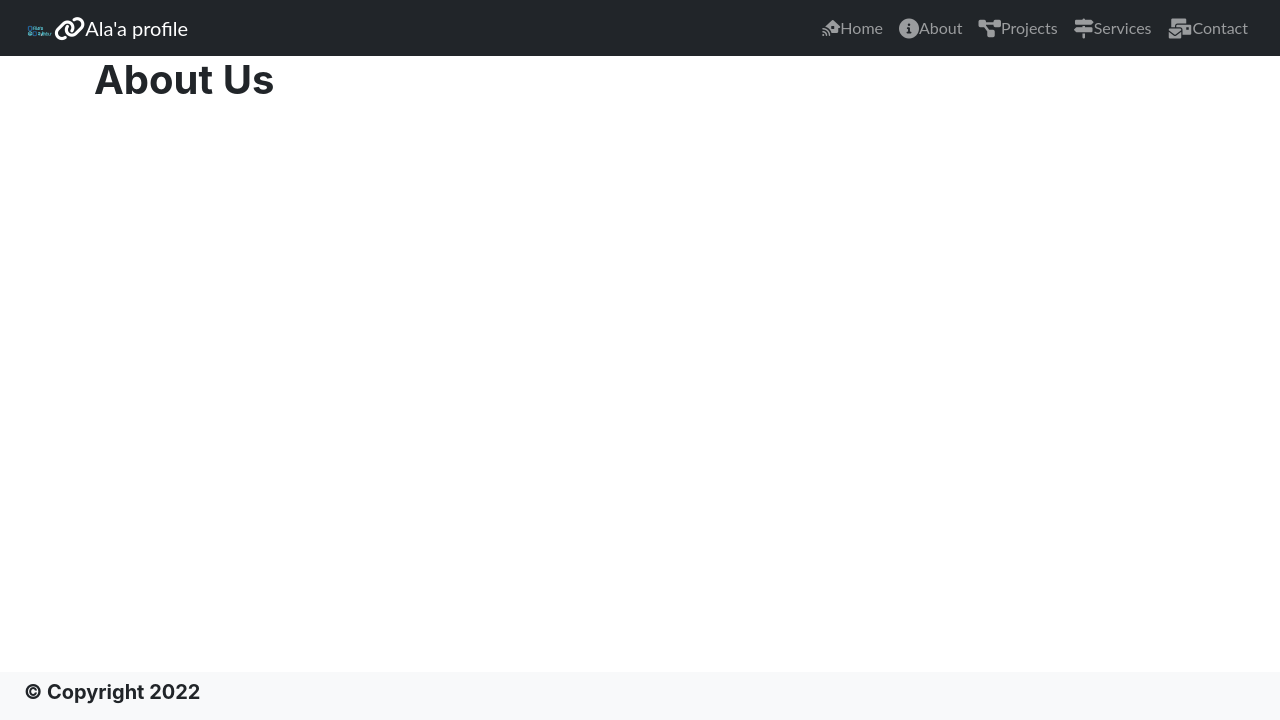
Repository: alaakhdour/heroukulivesite-section1
Page: http://localhost/about
The author's editor kept a copy of each file at every save. The page is drawn from the files as they stood at one save, then again after the next save.
The browser window is 1280 px wide. The pictures show the whole page.
The page is served by the project's Node server (server.js).

Above is the page before, as saved 2022-06-17 08:34:13.

After the next save:
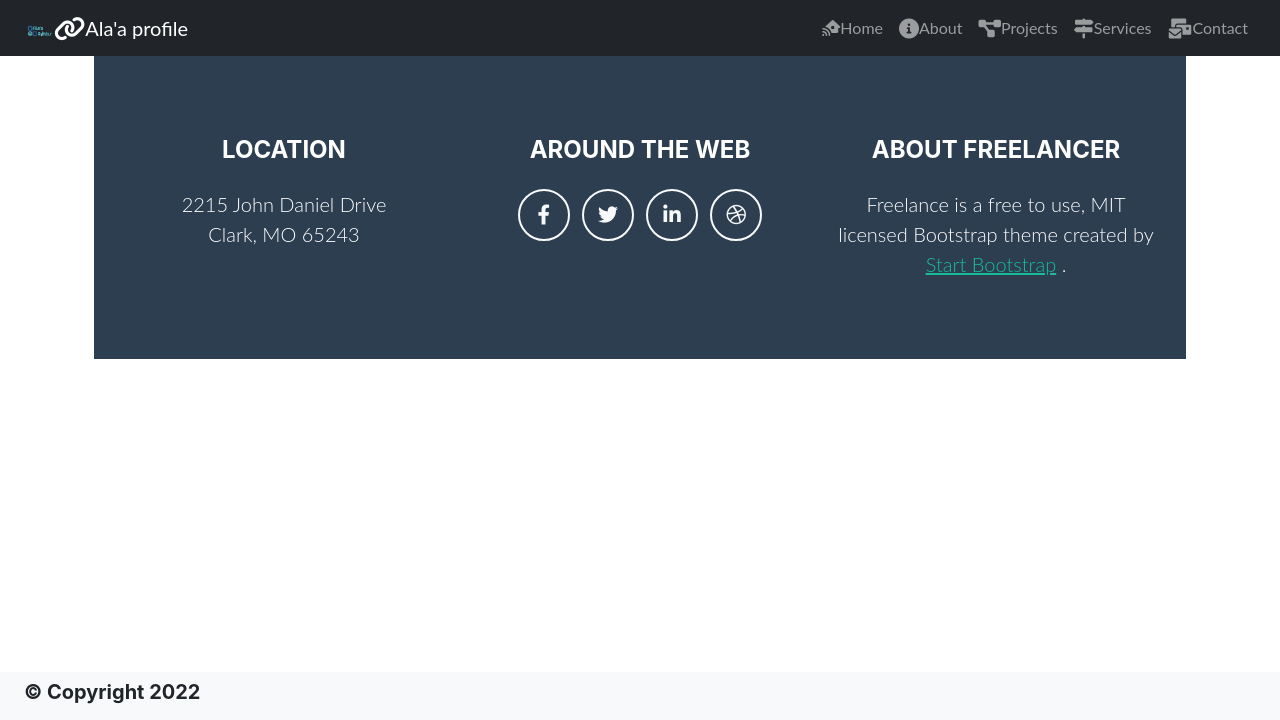
Saved 3 min 46 s later.
--- a/Server/Views/content/about.ejs
+++ b/Server/Views/content/about.ejs
@@ -1,3 +1,35 @@
 <div class="container">
-    <h1><%= title%></h1>
+    <!-- Footer-->
+    <footer class="footer text-center">
+        <div class="container">
+            <div class="row">
+                <!-- Footer Location-->
+                <div class="col-lg-4 mb-5 mb-lg-0">
+                    <h4 class="text-uppercase mb-4">Location</h4>
+                    <p class="lead mb-0">
+                        2215 John Daniel Drive
+                        <br />
+                        Clark, MO 65243
+                    </p>
+                </div>
+                <!-- Footer Social Icons-->
+                <div class="col-lg-4 mb-5 mb-lg-0">
+                    <h4 class="text-uppercase mb-4">Around the Web</h4>
+                    <a class="btn btn-outline-light btn-social mx-1" href="#!"><i class="fab fa-fw fa-facebook-f"></i></a>
+                    <a class="btn btn-outline-light btn-social mx-1" href="#!"><i class="fab fa-fw fa-twitter"></i></a>
+                    <a class="btn btn-outline-light btn-social mx-1" href="#!"><i class="fab fa-fw fa-linkedin-in"></i></a>
+                    <a class="btn btn-outline-light btn-social mx-1" href="#!"><i class="fab fa-fw fa-dribbble"></i></a>
+                </div>
+                <!-- Footer About Text-->
+                <div class="col-lg-4">
+                    <h4 class="text-uppercase mb-4">About Freelancer</h4>
+                    <p class="lead mb-0">
+                        Freelance is a free to use, MIT licensed Bootstrap theme created by
+                        <a href="http://startbootstrap.com">Start Bootstrap</a>
+                        .
+                    </p>
+                </div>
+            </div>
+        </div>
+    </footer>
 </div>
